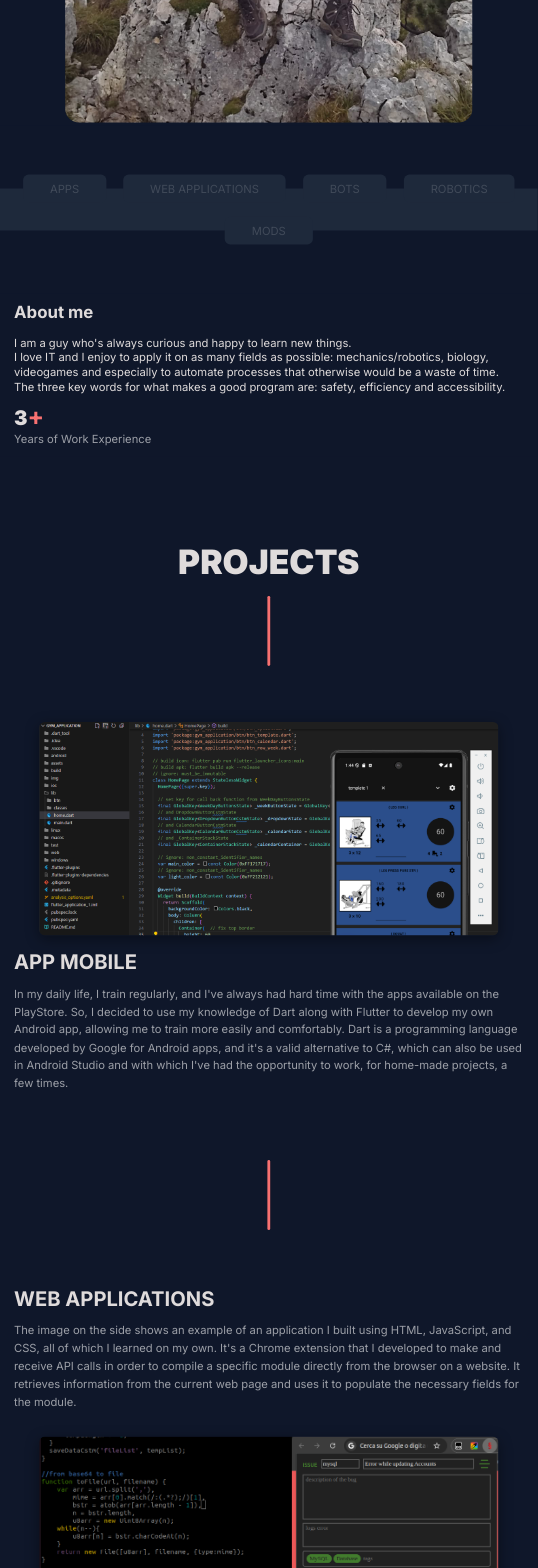
Repository: EnricoCalabrese/EnricoCalabrese.github.io
Page: index.html
The author's editor kept a copy of each file at every save. The page is drawn from the files as they stood at one save, then again after the next save.
The browser window is 768 px wide. The pictures show the part of the page from y = 1045 to 3285 px (the page is 6204 px tall before and 6244 px after), at 70% of full size.

Above is the page before, as saved 2025-07-26 09:11:45.

### index.html
<!DOCTYPE html>
<html lang="en">
<!DOCTYPE html>
<html lang="en">
<head>
  <meta charset="UTF-8" />
  <meta name="viewport" content="width=device-width, initial-scale=1.0" />
  <title>EC - Developer portfolio</title>
  <link href="https://fonts.googleapis.com/css2?family=Inter:wght@400;700;900&display=swap" rel="stylesheet">
  <style>
    * {
      box-sizing: border-box;
    }

    :root {
      --color-bg: #0f172a;
      --color-bg-alt: #1e293b;
      --color-primary: #f87171;
      --color-white: #dfdbdb;
      --color-white-transparent: rgba(255, 255, 255, 0.158);
      --color-white-semi: rgba(255, 255, 255, 0.589);

      --font-family: 'Inter', sans-serif;

      --space-xs: 10px;
      --space-sm: 15px;
      --space-md: 20px;
      --space-lg: 60px;
      --space-xl: 80px;

      --font-lg: 1.8rem;
      --font-xl: 3rem;
      --font-xxl: 35px;

      --radius-sm: 6px;
      --radius-md: 8px;
      --radius-lg: 20px;
    }

    body {
      margin: 0;
      font-family: var(--font-family);
      background-color: var(--color-bg);
      color: var(--color-white);
      word-wrap: break-word;
    }

    header, section {
      padding: var(--space-lg) var(--space-md);
      max-width: 1200px;
      margin: auto;
    }

    nav {
      display: flex;
      justify-content: space-between;
      align-items: center;
      padding: var(--space-md);
    }

    nav a {
      color: var(--color-white);
      margin: 0 var(--space-sm);
      text-decoration: none;
    }

    .header {
      display: flex;
      flex-wrap: wrap;
      align-items: center;
      justify-content: space-between;
    }

    .header-text {
      max-width: 500px;
    }

    .header-text h1 {
      font-size: var(--font-xl);
      margin: 0;
    }

    .buttons {
      margin-top: var(--space-md);
    }

    .buttons button {
      margin-right: var(--space-sm);
      padding: var(--space-xs) var(--space-md);
      border: none;
      border-radius: var(--radius-sm);
      cursor: pointer;
      font-weight: bold;
    }

    .btn-primary {
      background-color: var(--color-primary);
      color: var(--color-white);
    }

    .btn-primary:hover {
      color: var(--color-bg);
    }

    .btn-secondary {
      background-color: transparent;
      border: 2px solid var(--color-primary) !important;
      color: var(--color-white);
    }

    .btn-secondary:hover {
      color: var(--color-primary);
    }

    .page {
      display: none;
      position: fixed;
      z-index: 1000;
      left: 0;
      top: 0;
      width: 100%;
      height: 100%;
      overflow: auto;
      background-color: rgba(15, 23, 42, 0.9);
      font-family: var(--font-family);
    }

    .page-content {
      background-color: var(--color-bg-alt);
      margin: 10% auto;
      padding: var(--space-md);
      border-radius: var(--radius-lg);
      max-width: 400px;
      color: var(--color-white);
      box-shadow: 0 5px 20px rgba(0,0,0,0.6);
      text-align: center;
      position: relative;
    }

    .close-btn {
      color: var(--color-white);
      position: absolute;
      right: 15px;
      top: 10px;
      font-size: 28px;
      font-weight: bold;
      cursor: pointer;
    }

    .close-btn:hover {
      color: var(--color-primary);
    }

    .email-wrapper {
      margin-top: var(--space-md);
      display: flex;
      justify-content: center;
      gap: var(--space-xs);
    }

    .email-wrapper input {
      flex: 1;
      padding: var(--space-xs);
      border-radius: var(--radius-sm);
      border: none;
      background-color: var(--color-bg);
      color: var(--color-white);
      font-weight: bold;
      font-size: 1rem;
    }

    .email-wrapper button {
      background-color: var(--color-primary);
      border: none;
      border-radius: var(--radius-sm);
      color: var(--color-bg);
      cursor: pointer;
      font-weight: bold;
      padding: var(--space-xs) var(--space-md);
      transition: background-color 0.3s ease;
    }

    .email-wrapper button:hover {
      background-color: #ef4444;
    }

    .profile-img {
      width: 300px;
      border-radius: var(--radius-lg);
    }

    .skills-wrapper {
      position: relative;
      padding: var(--space-lg) 0;
      background-color: var(--color-bg);
      margin-top: -3.5rem;
    }

    .skills-wrapper::before {
      content: "";
      position: absolute;
      top: 50%;
      width: 100%;
      height: 60px;
      background-color: var(--color-bg-alt);
      transform: translateY(-50%);
      z-index: 0;
    }

    .skills {
      position: relative;
      z-index: 1;
      text-align: center;
    }

    .skills a {
      text-decoration: none;
      color: var(--color-white-transparent);
      background-color: var(--color-bg-alt);
      padding: var(--space-xs) 5%;
      border-radius: var(--radius-md);
      display: inline-block;
      margin: var(--space-xs);
      cursor: pointer;
      transition: color 0.3s ease;
    }

    .skills a:hover, .shortcuts a:hover {
      color: var(--color-primary);
    }

    .about {
      display: flex;
      flex-wrap: wrap;
      justify-content: space-between;
      align-items: center;
      padding: 0 var(--space-md);
      background-color: var(--color-bg);
      margin-top: -1%;
    }

    .about-text {
      flex: 0 0 50%;
      max-width: 600px;
    }

    .stat {
      flex: 0 0 50%;
    }

    .stat-number {
      font-size: var(--font-lg);
      font-weight: 900;
      color: var(--color-white);
      display: flex;
      align-items: baseline;
    }

    .stat-number .plus {
      color: var(--color-primary);
      font-size: var(--font-xxl);
      font-weight: 700;
      line-height: 1;
      margin-top: -2%;
    }

    .stat-text {
      color: var(--color-white-semi);
      margin-top: 2px;
    }

    .projects-section {
      padding: var(--space-xl) var(--space-md);
      text-align: center;
      position: relative;
    }

    .projects-title {
      font-size: var(--font-xl);
      color: var(--color-white);
      margin-bottom: var(--space-md);
      font-weight: 900;
    }

    .vertical-divider {
      width: 4px;
      height: 100px;
      background-color: var(--color-primary);
      margin: 0 auto var(--space-xl);
      border-radius: 2px;
    }

    .project-block {
      display: flex;
      align-items: center;
      justify-content: center;
      margin: var(--space-xl) auto;
      max-width: 900px;
      gap: var(--space-md);
      flex-wrap: wrap;
      flex-direction: row;
    }

    .project-img {
      width: 300px;
      border-radius: var(--radius-md);
      box-shadow: 0 5px 20px rgba(0,0,0,0.4);
    }

    .project-description {
      max-width: 400px;
      text-align: left;
    }

    .project-description h3 {
      font-size: var(--font-lg);
      color: var(--color-white);
      margin: 0 0 var(--space-xs);
    }

    .project-description p {
      color: var(--color-white-semi);
      line-height: 1.6;
    }

    .simple-text {
      line-height: 1.3;
    }

    footer {
      text-align: center;
      padding: var(--space-md);
      background-color: var(--color-bg-alt);
    }

    #image-container {
      display: block;
      position: fixed;
      z-index: 1500;
      left: 0;
      top: 0;
      width: 100%;
      height: 100%;
      background-color: rgba(15, 23, 42, 0.95);
      display: flex;
      justify-content: center;
      align-items: center;
      cursor: zoom-out;
    }

    #image-container .page-content {
      background: none;
      box-shadow: none;
      max-width: 90%;
      max-height: 90%;
      padding: 0;
      position: relative;
      display: flex;
      justify-content: center;
      align-items: center;
    }

    #image-container img {
      max-width: 100%;
      max-height: 100%;
      border-radius: var(--radius-lg);
      pointer-events: none;
    }

    #ref {
      display: block;
      position: relative;
      top: -80px;
      visibility: hidden;
      height: 0;
      width: 0;
      overflow: hidden;
    }

    /* mobile settings */
    @media (max-width: 768px) {
      nav {
        flex-direction: column;
        align-items: flex-start;
      }

      .header {
        flex-direction: column;
        align-items: center;
        text-align: center;
      }

      .header-text {
        max-width: 100%;
      }

      .buttons {
        display: flex;
        flex-direction: column;
        align-items: center;
      }

      .buttons button {
        margin-bottom: var(--space-xs);
        width: 80%;
      }

      .profile-img {
        width: 80%;
        margin-top: var(--space-md);
      }

      .about {
        flex-direction: column;
        align-items: flex-start;
        gap: var(--space-md);
      }

      .about-text, .stat {
        flex: 1 1 100%;
        max-width: 100%;
      }

      .project-block {
        flex-direction: column !important;
        text-align: center;
      }

      .project-description {
        max-width: 100%;
      }

      .project-img {
        width: 90%;
      }

      .email-wrapper {
        flex-direction: column;
        gap: var(--space-xs);
      }

      .email-wrapper input,
      .email-wrapper button {
        width: 100%;
      }

      .skills-wrapper {
        position: relative;
        padding: var(--space-lg) 0;
        background-color: var(--color-bg);
        margin-top: -3.5rem;
    }
    }
  </style>
</head>
<body>
  <nav>
    <div><strong>Enrico Calabrese</strong></div>
    <div class="shortcuts">
      <a href="#about" class="scroll-link">About</a>
      <a href="https://www.linkedin.com/in/enrico-calabrese-4961b4376/">Linkedin</a>
    </div>
  </nav>

  <header class="header">
    <div class="header-text">
      <p>Hello,</p>
      <h1>I'm Enrico<br><strong>Software Developer</strong></h1>
      <div class="buttons">
        <button class="btn-primary" id="contacts">Contacts</button>
        <button class="btn-secondary" id="myresume">My resume</button>
      </div>
    </div>
    <img src="source/profile.jpg" alt="photo" class="profile-img" onerror="this.style.display='none'">
  </header>

  <div id="contact-page" class="page">
    <div class="page-content">
      <span class="close-btn">&times;</span>
      <h2>Contact Me</h2>
      <p>Email:</p>
      <div class="email-wrapper">
        <input type="text" id="email" readonly value="enricocalabrese21@gmail.com" />
        <button id="copy-email">Copy</button>
      </div>
      <p id="copy-message" style="color: var(--color-primary); display: none;">Copied to clipboard!</p>
    </div>
  </div>

  <div class="skills-wrapper">
    <div class="skills">
      <a href="#app" class="scroll-link">APPS</a>
      <a href="#web" class="scroll-link">WEB APPLICATIONS</a>
      <a href="#bots" class="scroll-link">BOTS</a>
      <a href="#robots" class="scroll-link">ROBOTICS</a>
      <a href="#mods" class="scroll-link">MODS</a>
    </div>
  </div>
  <span id="ref"></span>

  <section id="about" class="about">
    <div class="about-text">
      <h2>About me</h2>
      <p class="simple-text">
        I am a guy who's always curious and happy to learn new things.<br>
        I love IT and I enjoy to apply it on as many fields as possible: mechanics/robotics, biology, videogames and especially to automate processes that otherwise would be a waste of time.<br>
        The three key words for what makes a good program are: safety, efficiency and accessibility.
      </p>
      <div class="stat">
        <div class="stat-number"><span class="plus">+</span></div>
        <p class="stat-text">Years of Work Experience</p>
      </div>
    </div>
  </section>

  <section class="projects-section">
    <h2 class="projects-title">PROJECTS</h2>
    <div class="vertical-divider"></div>

    <div class="project-block">
      <img src="source/project1.png" alt="Project 1" class="project-img" onerror="this.style.display='none'">
      <div class="project-description" id="app">
        <h3>APP MOBILE</h3>
        <p>In my daily life, I train regularly, and I've always had hard time with the apps available on the PlayStore.
          So, I decided to use my knowledge of Dart along with Flutter to develop my own Android app, allowing me to train more easily and comfortably.
            Dart is a programming language developed by Google for Android apps, and it's a valid alternative to C#, which can also be used in Android Studio
            and with which I've had the opportunity to work, for home-made projects, a few times.</p>
      </div>
    </div>
    <div class="vertical-divider"></div>

    <div class="project-block">
      <div class="project-description" id="web">
        <h3>WEB APPLICATIONS</h3>
        <p>The image on the side shows an example of an application I built using HTML, JavaScript, and CSS, all of which I learned on my own.
          It's a Chrome extension that I developed to make and receive API calls in order to compile a specific module directly from the browser on a website.
          It retrieves information from the current web page and uses it to populate the necessary fields for the module.</p>
      </div>
      <img src="source/project2.png" alt="Project 2" class="project-img" onerror="this.style.display='none'">
    </div>
    <div class="vertical-divider"></div>

    <div class="project-block">
      <img src="source/project3.png" alt="Project 3" class="project-img" onerror="this.style.display='none'">
      <div class="project-description" id="bots">
        <h3>PYTHON-BASED BOTS</h3>
        <p>Python is one of the best and most versatile programming languages available today, and it's excellent for creating bots.
          The image on the side shows a Discord bot I created. Discord is a free communication app used to chat and hang out with your favorite creators, communities, and friends.
            The bot I made to allows users, through simple commands in the chat, to play the game "Blood on the Clocktower" with others in a voice channel.
            This game is a more complex version of the famous game Werewolf (Italian: Lupus in Fabula).
            Using Python, I also created a Telegram bot in order to remotely manage a machine that I set up as a hosting server.
        </p>
      </div>
    </div>
    <div class="vertical-divider"></div>

    <div class="project-block">
      <div class="project-description" id="robots">
        <h3>ROBOTICS & AUTOMATION</h3>
        <p>Since high school, I've always had an interest in automation, and I find it super fun to animate robots and apply computer science to something that can moves.
          A few years ago, I took on the challenge of building a drone from scratch and programming it in C++. I developed calculation functions which, thanks to the input from various sensors,
          were able to determine the necessary speed for each individual motor to stabilize the drone through the appropriate output signals.
        </p>
      </div>
      <img src="source/project4.png" alt="Project 4" class="project-img" onerror="this.style.display='none'">
    </div>
    <div class="vertical-divider"></div>

    <div class="project-block">
      <img src="source/project5.png" alt="Project 5" class="project-img" onerror="this.style.display='none'">
      <div class="project-description" id="mods">
        <h3>VIDEOGAMES MODS</h3>
        <p>Programming a video game mod is a great way to develop both technical and creative skills. It allows you to improve your coding abilities, and understand the architecture of complex systems.
            Modding combines passion and practice, which is why I started programming, first with Java and later with .mcfunction, to create mods and datapacks for the game Minecraft.
        </p>
      </div>
    </div>
  </section>

  <div id="image-container" class="page">
    <div class="page-content">
      <img id="zoomed-img" src="" alt="zoomed" />
    </div>
  </div>

  <footer>
  </footer>

  <script>
    // manage image zoom
    const zoomed = document.getElementById('image-container');
    document.querySelectorAll('.project-img').forEach(img => {
      img.addEventListener('click', () => {
        document.getElementById('zoomed-img').src = img.src;
        zoomed.style.display = 'flex';
      });
    });

    zoomed.addEventListener('click', (e) => { // on click out of the page
      if (e.target === zoomed) {
        zoomed.style.display = 'none';
      }
    });

    window.onload = () => {
      zoomed.style.display = 'none';
    };

    // manage new window contacts
    const page = document.getElementById('contact-page');
    const emailInput = document.getElementById('email');
    const copyMessage = document.getElementById('copy-message');

    document.getElementById('contacts').addEventListener('click', () => {
      page.style.display = 'block';
      copyMessage.style.display = 'none';
    });

    page.querySelector('.close-btn').addEventListener('click', () => {
      page.style.display = 'none';
    });

    window.addEventListener('click', (e) => { // on click out of the page
      if (e.target === page) {
        page.style.display = 'none';
      }
    });

    document.getElementById('copy-email').addEventListener('click', () => {
      emailInput.select();
      emailInput.setSelectionRange(0, 99999);
      try {
        // use document.execCommand for broader browser support in iFrames
        const successful = document.execCommand('copy');
        if (successful) {
          copyMessage.style.display = 'block';
          setTimeout(() => copyMessage.style.display = 'none', 2000);
        }
      } catch (err) {
        console.error('Failed to copy email: ', err);
      }
    });

    // auto scroll the page to the top when open
    window.onbeforeunload = function () {
      window.scrollTo(0, 0);
    };

    // scroll page on center when click a link, normal href set the page on top
    document.querySelectorAll('.scroll-link').forEach(link => {
      link.addEventListener('click', function(e) {
        e.preventDefault();
        const targetId = this.getAttribute('href').substring(1);
        const targetElem = document.getElementById(targetId);
        if (targetElem) {
          const elemRect = targetElem.getBoundingClientRect();
          const maxElemTop = window.pageYOffset + elemRect.top;
          const middle = maxElemTop - (window.innerHeight / 2) + (elemRect.height / 2);

          window.scrollTo({
            top: middle,
            behavior: 'smooth'
          });
        }
      });
    });

    // setup experience years based on current year
    const statNum = document.querySelector('.stat-number');
    if (statNum) {
      const startDate = new Date('2021-09-27');
      const now = new Date();
      const diffYears = (now - startDate) / (1000 * 60 * 60 * 24 * 365.25);
      const roundedYears = Math.floor(diffYears);
      statNum.innerHTML = `${roundedYears}<span class="plus">+</span>`;
    }

    // link to resume when click "my resume" button
    document.getElementById('myresume').addEventListener('click', function () {
      const link = document.createElement('a');
      link.href = 'source/resume.pdf';
      link.download = 'Enrico-Calabrese-Resume.pdf';
      document.body.appendChild(link);
      link.click();
      document.body.removeChild(link);
    });
  </script>
</body>
</html>

After the next save:
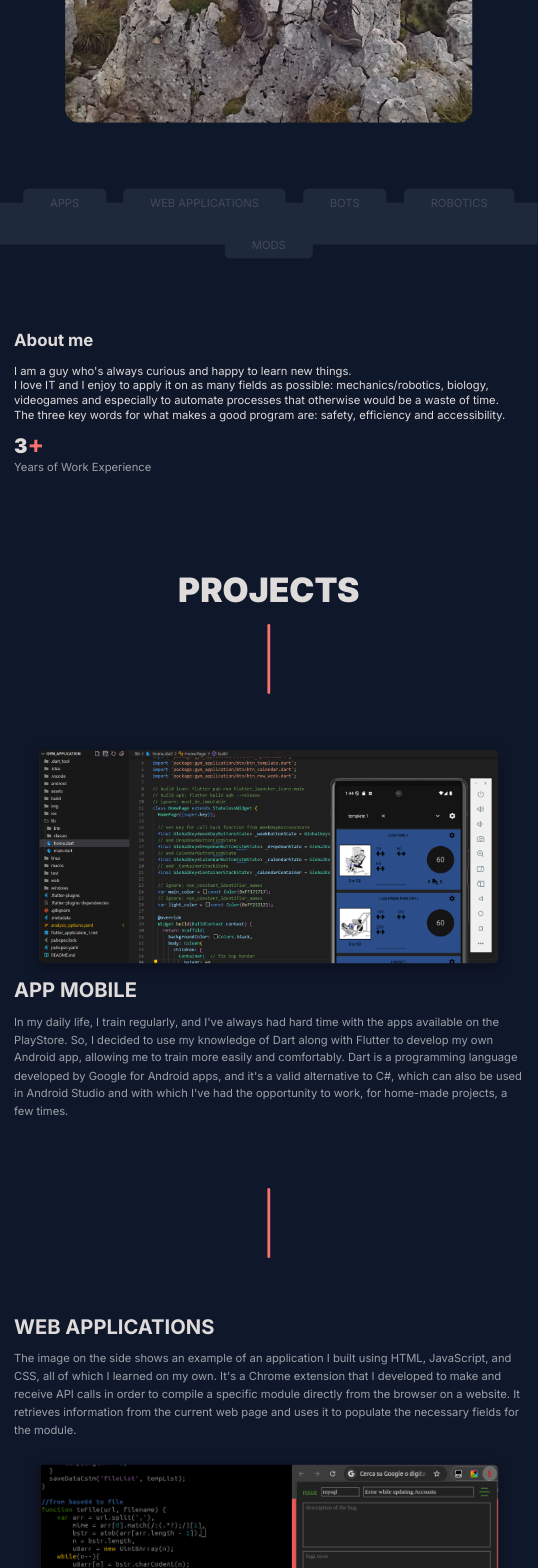
Saved 8 s later.
--- a/index.html
+++ b/index.html
@@ -446,7 +446,7 @@
 
       .skills-wrapper {
         position: relative;
-        padding: var(--space-lg) 0;
+        padding: var(--space-xl) 0;
         background-color: var(--color-bg);
         margin-top: -3.5rem;
     }

After the save that followed:
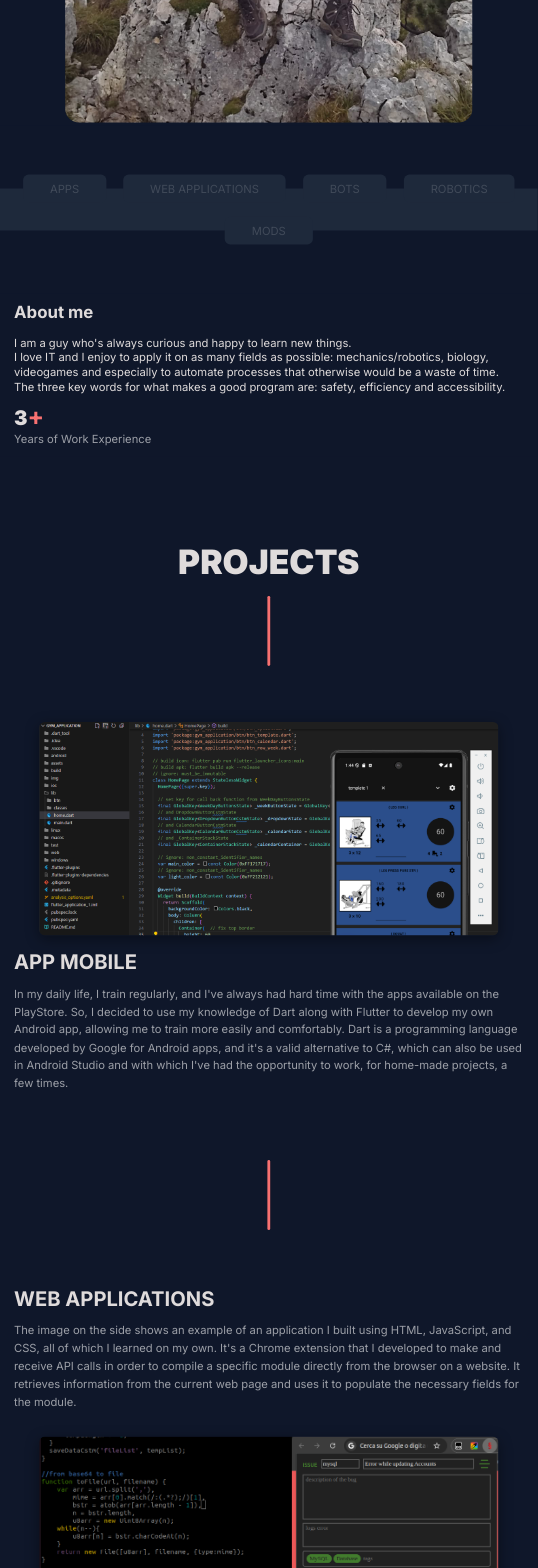
Saved 8 s later.
--- a/index.html
+++ b/index.html
@@ -446,7 +446,7 @@
 
       .skills-wrapper {
         position: relative;
-        padding: var(--space-xl) 0;
+        padding: var(--space-lg) 0;
         background-color: var(--color-bg);
         margin-top: -3.5rem;
     }
